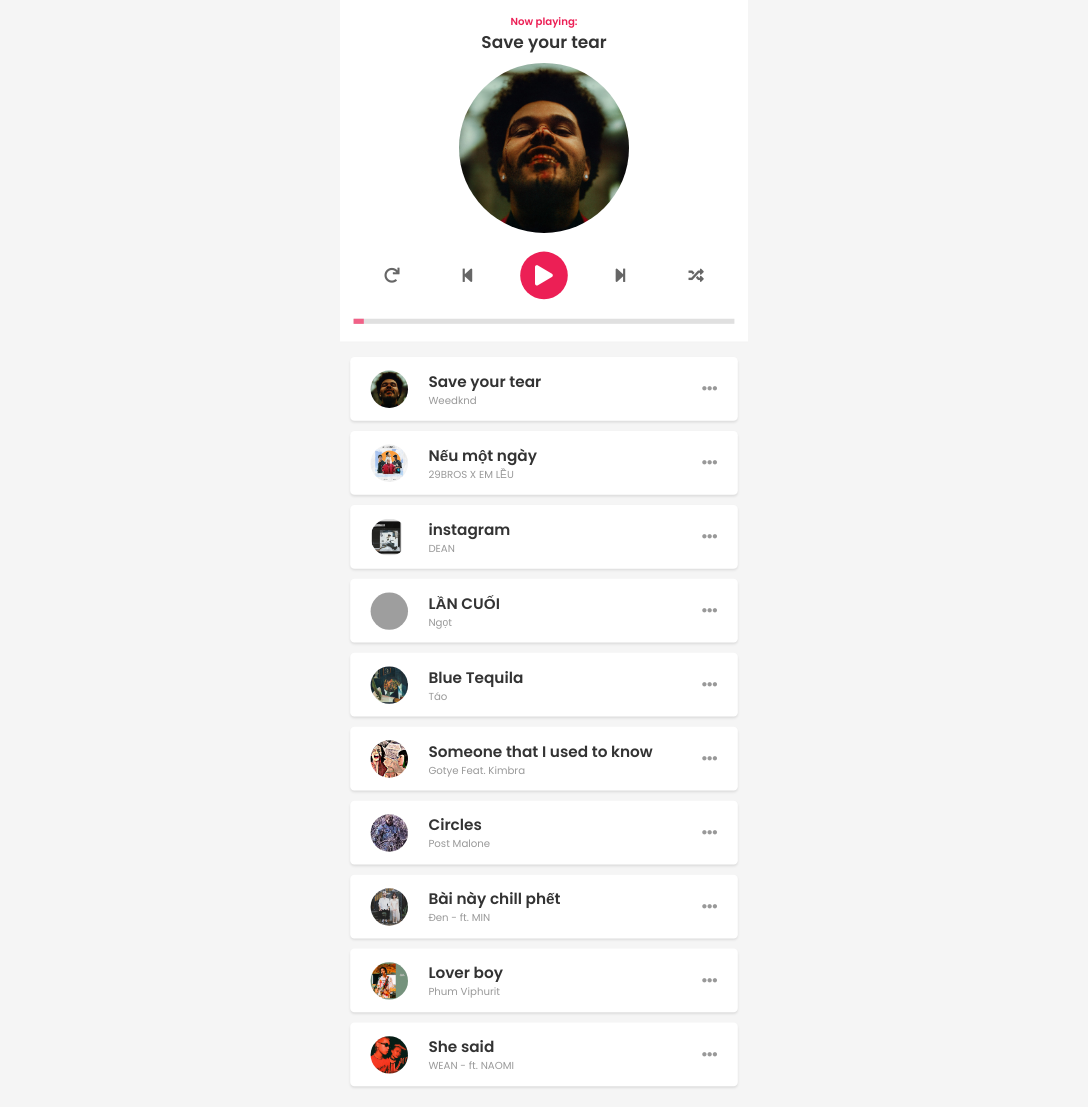
Repository: AnhTuan191298/sent-file-hoang
Page: music_player_f8/index.html
These files come from the project's save history. The page is drawn as it stood at one moment and after the next save; the edit follows.
The browser window is 1280 px wide. The pictures show the whole page, at 85% of full size.
Pictures or frames that could not be fetched are drawn as grey boxes.

Above is the page before, as saved 2021-02-18 11:32:58.

### music_player_f8/index.html
<!DOCTYPE html>
<html lang="en">
<head>
    <meta charset="UTF-8">
    <meta http-equiv="X-UA-Compatible" content="IE=edge">
    <meta name="viewport" content="width=device-width, initial-scale=1.0">
    <title>Music player F8</title>
    <link rel="stylesheet" href="https://cdnjs.cloudflare.com/ajax/libs/font-awesome/5.15.2/css/all.min.css" integrity="sha512-HK5fgLBL+xu6dm/Ii3z4xhlSUyZgTT9tuc/hSrtw6uzJOvgRr2a9jyxxT1ely+B+xFAmJKVSTbpM/CuL7qxO8w==" crossorigin="anonymous" />
    <link rel="preconnect" href="https://fonts.gstatic.com">
    <link href="https://fonts.googleapis.com/css2?family=Poppins:wght@300;400;600&display=swap" rel="stylesheet">
    <link rel="stylesheet" href="./assets/css/main.css">
</head>
<body>
    <div class="player">
        <!-- Dashboard -->
        <div class="dashboard">
          <!-- Header -->
          <header>
            <h4>Now playing:</h4>
            <h2>String 57th & 9th</h2>
          </header>

          <!-- CD -->
          <div class="cd">
            <div class="cd-thumb" style="background-image: url('https://i.ytimg.com/vi/jTLhQf5KJSc/maxresdefault.jpg')">
            </div>
          </div>

          <!-- Control -->
          <div class="control">
            <div class="btn btn-repeat">
              <i class="fas fa-redo"></i>
            </div>
            <div class="btn btn-prev">
              <i class="fas fa-step-backward"></i>
            </div>
            <div class="btn btn-toggle-play">
              <i class="fas fa-pause icon-pause"></i>
              <i class="fas fa-play icon-play"></i>
            </div>
            <div class="btn btn-next">
              <i class="fas fa-step-forward"></i>
            </div>
            <div class="btn btn-random">
              <i class="fas fa-random"></i>
            </div>
          </div>

          <input id="progress" class="progress" type="range" value="0" step="1" min="0" max="100">

          <audio id="audio" src=""></audio>
        </div>

        <!-- Playlist -->
        <div class="playlist">

        </div>
    </div>

    <script src="./assets/js/main.js"></script>
</body>
</html>

### music_player_f8/assets/css/main.css
:root {
    --primary-color: #ec1f55;
    --text-color: #333;
  }

  * {
    padding: 0;
    margin: 0;
    box-sizing: inherit;
  }

  body {
    background-color: #f5f5f5;
  }

  html {
    box-sizing: border-box;
    font-family: "Poppins", sans-serif;
  }

  .player {
    position: relative;
    max-width: 480px;
    margin: 0 auto;
  }

  .player .icon-pause {
    display: none;
  }

  .player.playing .icon-pause {
    display: inline-block;
  }

  .player.playing .icon-play {
    display: none;
  }

  .dashboard {
    padding: 16px 16px 14px;
    background-color: #fff;
    position: fixed;
    top: 0;
    width: 100%;
    max-width: 480px;
    border-bottom: 1px solid #ebebeb;
  }

  /* HEADER */
  header {
    text-align: center;
    margin-bottom: 10px;
  }

  header h4 {
    color: var(--primary-color);
    font-size: 12px;
  }

  header h2 {
    color: var(--text-color);
    font-size: 20px;
  }

  /* CD */
  .cd {
    display: flex;
    margin: auto;
    width: 200px;
  }

  .cd-thumb {
    width: 100%;
    padding-top: 100%;
    border-radius: 50%;
    background-color: #333;
    background-size: cover;
    margin: auto;
  }

  /* CONTROL */
  .control {
    display: flex;
    align-items: center;
    justify-content: space-around;
    padding: 18px 0 8px 0;
  }

  .control .btn {
    color: #666;
    padding: 18px;
    font-size: 18px;
  }

  .control .btn.active {
    color: var(--primary-color);
  }

  .control .btn-toggle-play {
    width: 56px;
    height: 56px;
    border-radius: 50%;
    font-size: 24px;
    color: #fff;
    display: flex;
    align-items: center;
    justify-content: center;
    background-color: var(--primary-color);
  }

  .progress {
    width: 100%;
    -webkit-appearance: none;
    height: 6px;
    background: #d3d3d3;
    outline: none;
    opacity: 0.7;
    -webkit-transition: 0.2s;
    transition: opacity 0.2s;
  }

  .progress::-webkit-slider-thumb {
    -webkit-appearance: none;
    appearance: none;
    width: 12px;
    height: 6px;
    background-color: var(--primary-color);
    cursor: pointer;
  }

  /* PLAYLIST */
  .playlist {
    margin-top: 408px;
    padding: 12px;
  }

  .song {
    display: flex;
    align-items: center;
    margin-bottom: 12px;
    background-color: #fff;
    padding: 8px 16px;
    border-radius: 5px;
    box-shadow: 0 2px 3px rgba(0, 0, 0, 0.1);
  }

  .song.active {
    background-color: var(--primary-color);
  }

  .song:active {
    opacity: 0.8;
  }

  .song.active .option,
  .song.active .author,
  .song.active .title {
    color: #fff;
  }

  .song .thumb {
    width: 44px;
    height: 44px;
    border-radius: 50%;
    background-size: cover;
    margin: 0 8px;
  }

  .song .body {
    flex: 1;
    padding: 0 16px;
  }

  .song .title {
    font-size: 18px;
    color: var(--text-color);
  }

  .song .author {
    font-size: 12px;
    color: #999;
  }

  .song .option {
    padding: 16px 8px;
    color: #999;
    font-size: 18px;
    cursor: pointer;
  }

### music_player_f8/assets/js/main.js
const $ = document.querySelector.bind(document)
const $$ = document.querySelectorAll.bind(document)

/*
    1. Render song
    2. Scroll Top
    3. Play / Pause / Seek
    4. CD retate
    5. Next/Prev
    6. Random
    7. Next / Repeat when ended
    8. Active song
    9. Scroll active song into view
    10. Play song when click
*/

const playlist = $('.playlist')

const app = {
    currentIndex: 0,
    songs: [
        {
            name: 'Save your tear',
            singer: 'Weedknd',
            path: './assets/audio/save_your_tear.mp3',
            img: './assets/img/save-your-tear.jpg'
        },
        {
            name: 'Nếu một ngày',
            singer: '29BROS X EM LỀU',
            path: './assets/audio/neu_mot_ngay.mp3',
            img: './assets/img/neu-mot-ngay.jpg'
        },
        {
            name: 'instagram',
            singer: 'DEAN',
            path: './assets/audio/instagram.mp3',
            img: './assets/img/instagram.jpg'
        },
        {
            name: 'LẦN CUỐI',
            singer: 'Ngọt',
            path: './assets/audio/lan_cuoi.mp3',
            img: './assets/img/lan-cuoi.jpg'
        },
        {
            name: 'Blue Tequila',
            singer: 'Táo',
            path: './assets/audio/blue_tequila.mp3',
            img: './assets/img/tequila.jpg'
        },
        {
            name: 'Someone that I used to know',
            singer: 'Gotye Feat. Kimbra',
            path: './assets/audio/somebody_that_i_used_to_know.mp3',
            img: './assets/img/somebody.jpg'
        },
        {
            name: 'Circles',
            singer: 'Post Malone',
            path: './assets/audio/circles.mp3',
            img: './assets/img/circles.jpg'
        },
        {
            name: 'Bài này chill phết',
            singer: 'Đen - ft. MIN',
            path: './assets/audio/bai_nay_chill_phet.mp3',
            img: './assets/img/chill.jpg'
        },
        {
            name: 'Lover boy',
            singer: 'Phum Viphurit',
            path: './assets/audio/lover_boy.mp3',
            img: './assets/img/lover-boy.jpg'
        },
        {
            name: 'She said',
            singer: 'WEAN - ft. NAOMI',
            path: './assets/audio/she_said.mp3',
            img: './assets/img/she-said.jpg'
        },
    ],
    render: function() {
        const htmls = this.songs.map(function(song, index) {
            return `
            <div class="song">
                <div class="thumb" style="background-image: url('${song.img}')">
                </div>
                <div class="body">
                <h3 class="title">${song.name}</h3>
                <p class="author">${song.singer}</p>
                </div>
                <div class="option">
                <i class="fas fa-ellipsis-h"></i>
                </div>
            </div>
            `
        })
        playlist.innerHTML = htmls.join('')
    },
    defineProperties:function() {
        Object.defineProperty(this, 'currentSong', {
            get: function() {
                return this.songs[this.currentIndex]
            }
        })
    },
    handleEvents: function() {
        const cd = $('.cd')
        const cdWidth = cd.offsetWidth

        document.onscroll = function() {
            const scrollTop = window.scrollY || document.documentElement.scrollTop
            const newCdWidth = cdWidth - scrollTop

            if (newCdWidth > 0) {
                cd.style.width = newCdWidth + 'px'
            } else if (newCdWidth < 0) {
                cd.style.width = 0 + 'px'
            }

            cd.style.opacity = newCdWidth / cdWidth

        }
    },
    loadCurrentSong: function() {
        const heading = $('header h2')
        const cdThumb = $('.cd-thumb')
        const audio = $('#audio')

        heading.textContent = this.currentSong.name
        cdThumb.style.backgroundImage = `url('${this.currentSong.img}')`
        audio.src = this.currentSong.path
    },
    start: function() {
        // Định nghĩa các thuộc tính cho Object
        this.defineProperties()

        // Xử lý các sự kiện (DOM Events)
        this.handleEvents()

        // Tải thông tin bài hát đầu tiên vào UI khu chạy ứng dụng
        this.loadCurrentSong()

        // Render play list
        this.render()
    }
}

app.start()

After the next save:
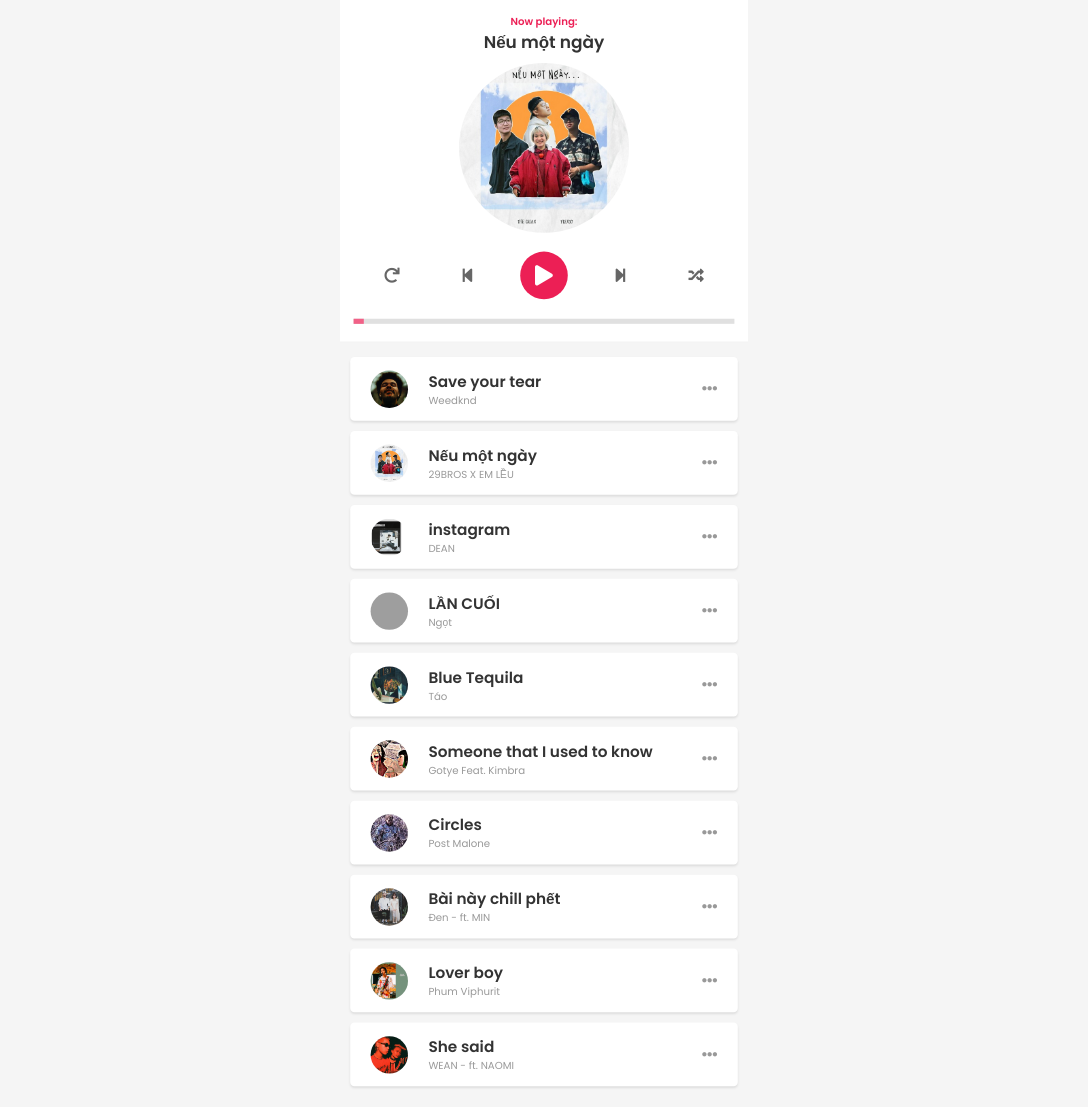
Saved 29 s later.
--- a/music_player_f8/assets/js/main.js
+++ b/music_player_f8/assets/js/main.js
@@ -17,7 +17,7 @@
 const playlist = $('.playlist')
 
 const app = {
-    currentIndex: 0,
+    currentIndex: 1,
     songs: [
         {
             name: 'Save your tear',

After the save that followed:
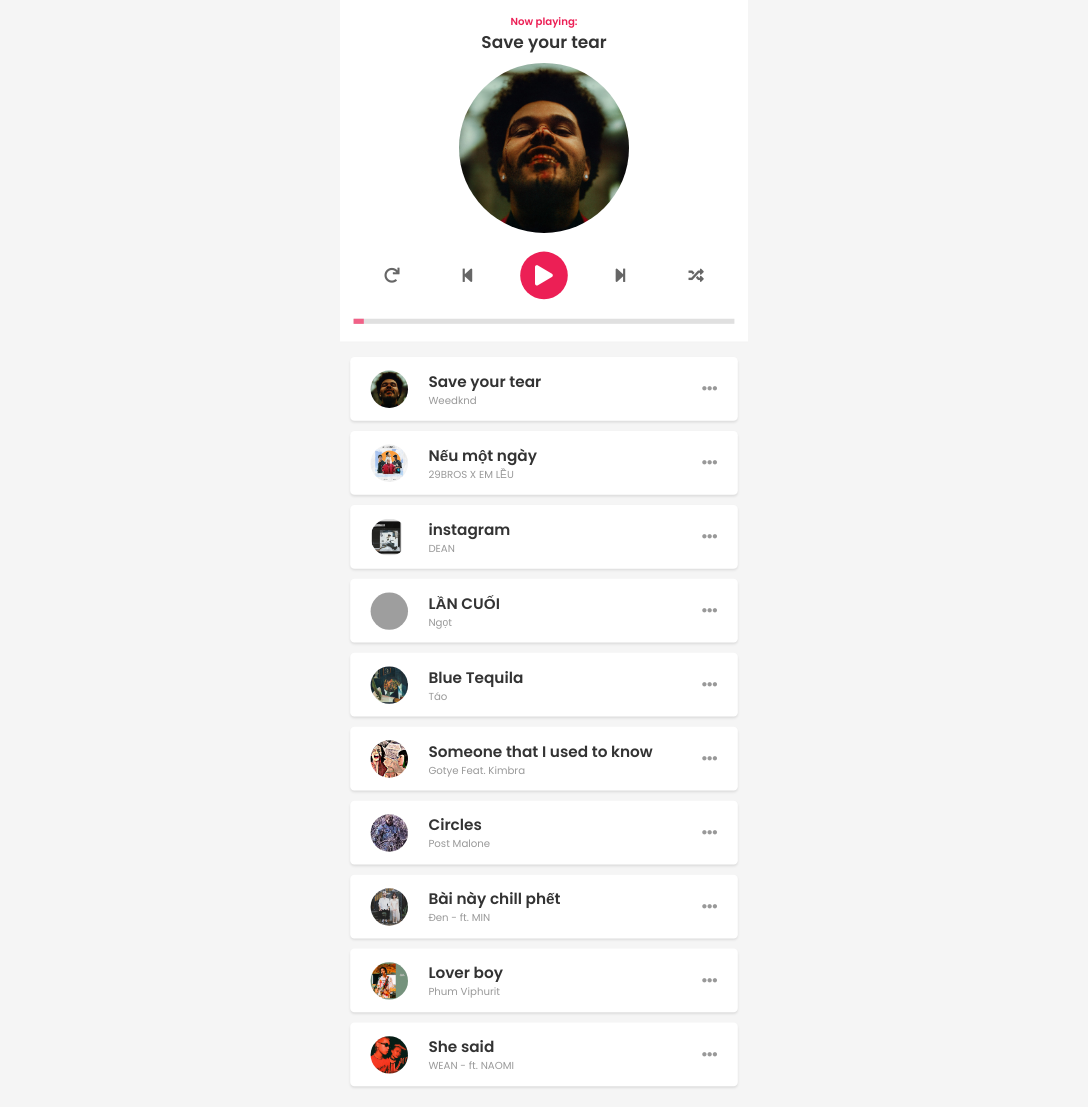
Saved 6 s later.
--- a/music_player_f8/assets/js/main.js
+++ b/music_player_f8/assets/js/main.js
@@ -17,7 +17,7 @@
 const playlist = $('.playlist')
 
 const app = {
-    currentIndex: 1,
+    currentIndex: 0,
     songs: [
         {
             name: 'Save your tear',
